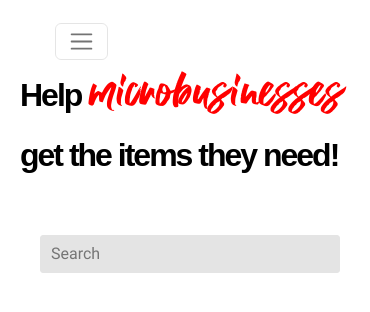
Repository: David-Waite/edableStyleChanges
Page: /
These files come from the project's save history. The page is drawn as it stood at one moment and after the next save; the edit follows.
The browser window is 370 px wide. The pictures show the whole page.
The project was rebuilt for these pictures with package versions that can differ from the ones it lists, and the page was loaded fresh each time. Also part of the build but not shown: src/components/Item/ProgressBar.css, src/components/Volunteer/Volunteer.tsx, src/components/DonorForm/Message.css, src/components/Volunteer/VolunteerError.tsx, src/components/Default.tsx, src/components/DonorForm/Paypal.tsx, src/components/DonorForm/DonorForm.tsx, src/components/Organisation/Organisation.module.css and 9 more.

Above is the page before, as saved 2022-10-27 18:11:47.

After the next save:
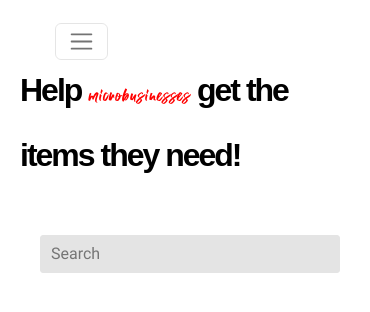
Saved 16 s later.
--- a/src/components/Landing/ItemsCollection.module.css
+++ b/src/components/Landing/ItemsCollection.module.css
@@ -123,6 +123,6 @@
 
 @media (max-width: 370px) {
   .title span {
-    height: 20px;
+    font-size: 20px;
   }
 }
